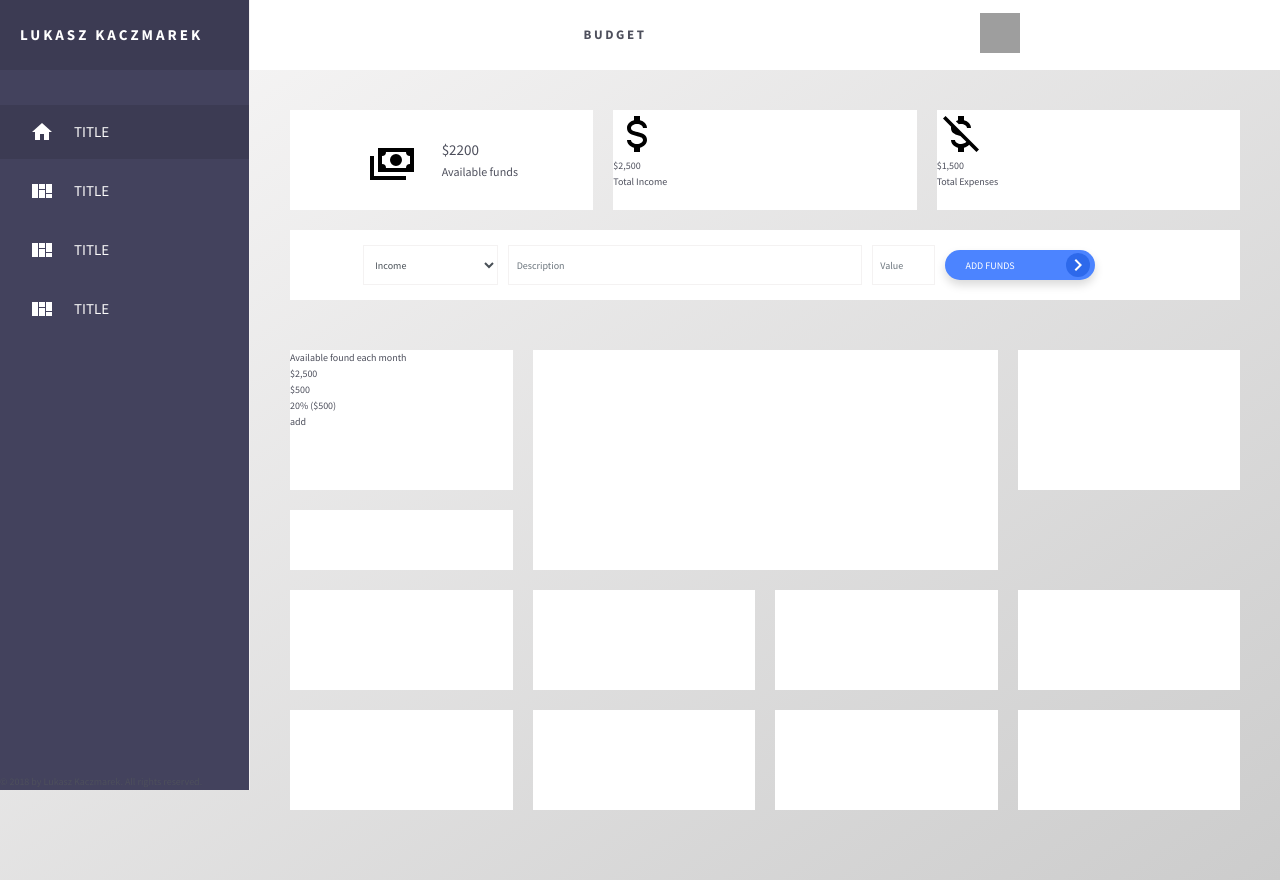
Repository: Archezi/BudgetApplication
Page: index.html
These files come from the project's save history. The page is drawn as it stood at one moment and after the next save; the edit follows.
The browser window is 1280 px wide. The pictures show the whole page.
Pictures or frames that could not be fetched are drawn as grey boxes. The style sheet was rebuilt from its Sass, Less or Tailwind sources for each picture, by a compiler version that may differ from the author's.

Above is the page before, as saved 2018-08-29 23:55:21.
Console error: TypeError: $(...).formSelect is not a function

After the next save:
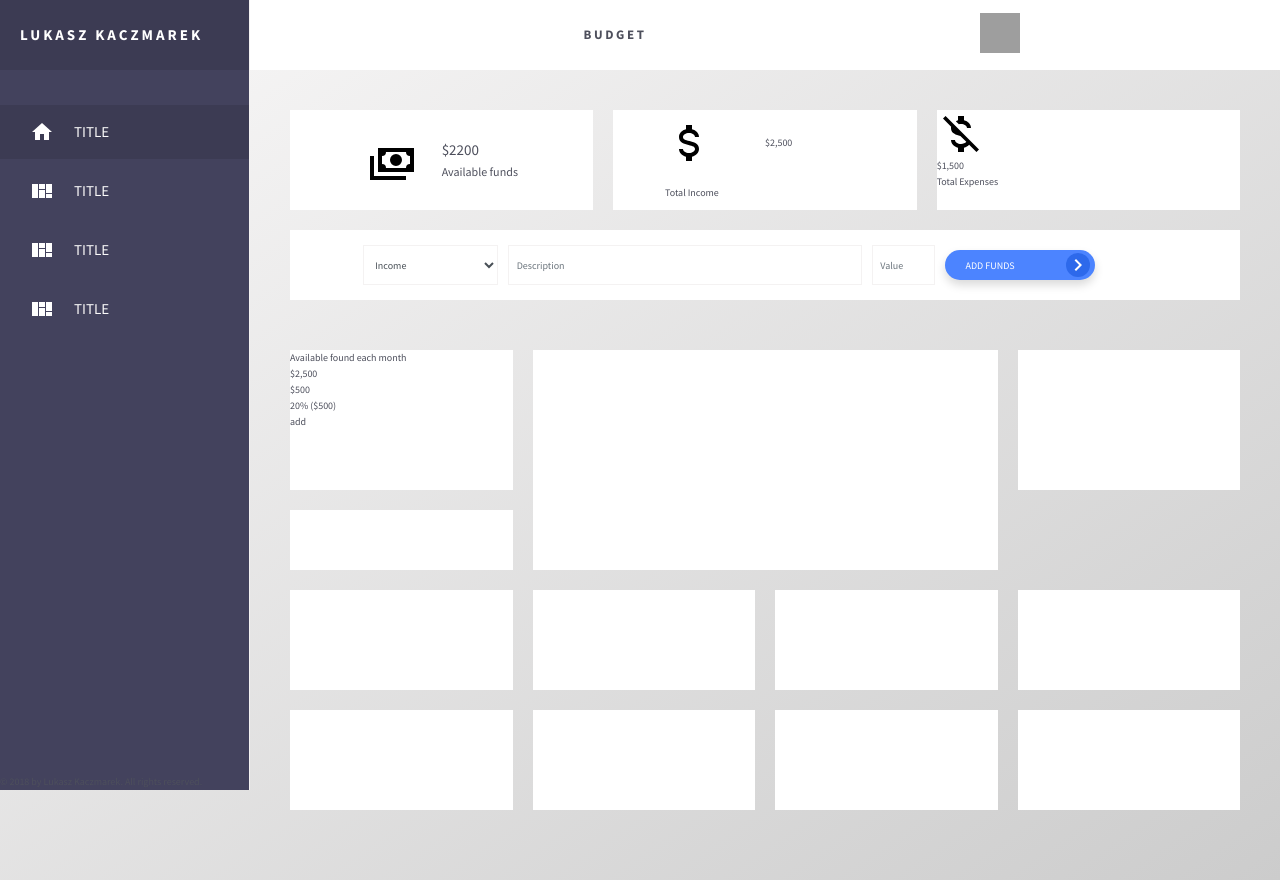
Saved 2 min 24 s later.
--- a/sass/components/_layout.scss
+++ b/sass/components/_layout.scss
@@ -89,6 +89,11 @@
 
             &__income {
 
+                display: grid;
+                grid-template-columns: 10rem 10rem;
+                grid-auto-rows: auto;
+                align-items: center;
+                justify-content: center;
                 &-funds {
 
                 }
